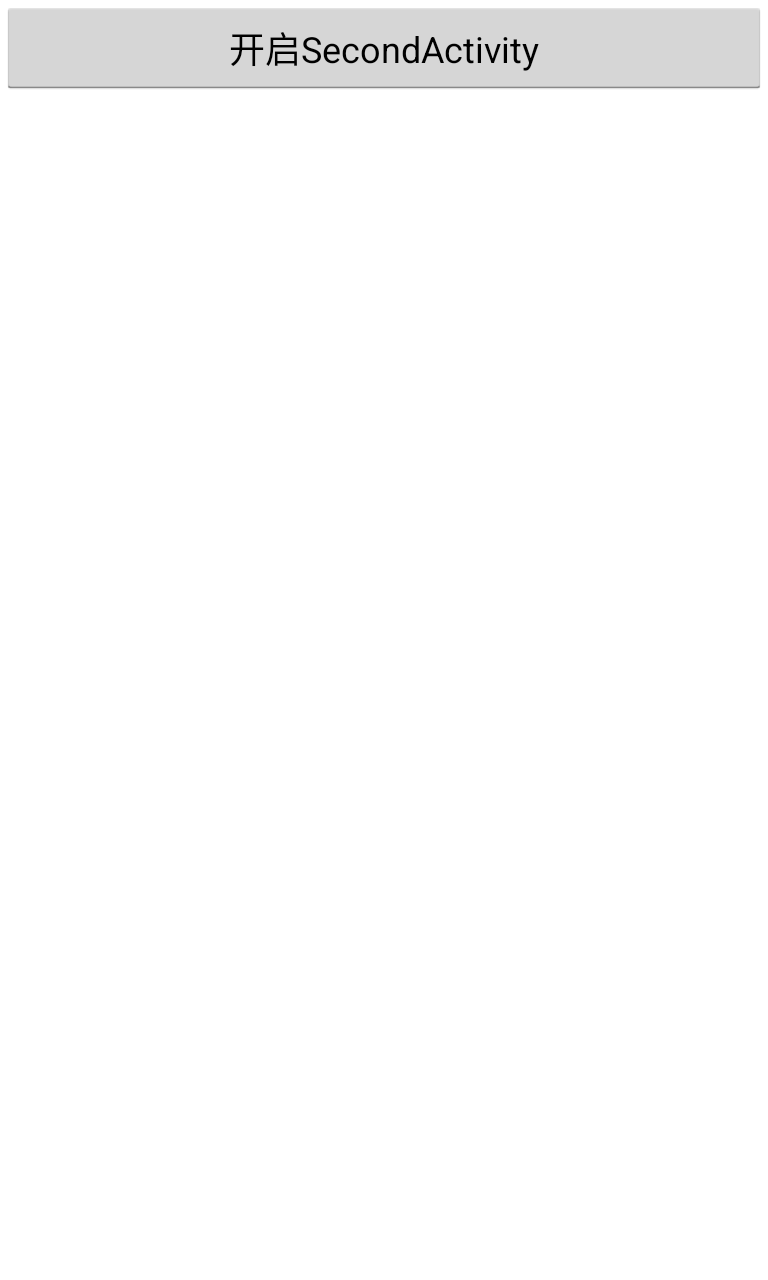
Repository: liujianpc/AndroidStudy
Layout: AcitivityLifeCycleTest/res/layout/activity_main.xml
These files come from the project's save history. The layout is drawn as it stood at one moment and after the next save; the edit follows.
It is drawn on a 768 x 1280 px phone screen (xhdpi) without system bars, with theme AppTheme; the app's code is not run.

Above is the layout before, as saved 2016-07-10 12:22:39.

### AcitivityLifeCycleTest/res/layout/activity_main.xml
<?xml version="1.0" encoding="utf-8"?>
<LinearLayout xmlns:android="http://schemas.android.com/apk/res/android"
    android:layout_width="match_parent"
    android:layout_height="match_parent"
    android:orientation="vertical" >

	<Button
	    android:id="@+id/button_1"
	    android:layout_width="match_parent"
	    android:layout_height="wrap_content"
	    android:text="@string/Button_1"
	    />

</LinearLayout>

### AcitivityLifeCycleTest/res/values/strings.xml
<?xml version="1.0" encoding="utf-8"?>
<resources>

    <string name="app_name">AcitivityLifeCycleTest</string>
    <string name="hello_world">Hello world!</string>
    <string name="action_settings">Settings</string>
    <string name="Button_1">开启SecondActivity</string>
    <string name="title_activity_second">SecondActivity</string>
    <string name="title_activity_third">ThirdActivity</string>

</resources>

Loaded but not shown: AcitivityLifeCycleTest/res/values/styles.xml (common file); AcitivityLifeCycleTest/res/values-v11/styles.xml (common file); AcitivityLifeCycleTest/res/values-v14/styles.xml (common file)

After the next save:
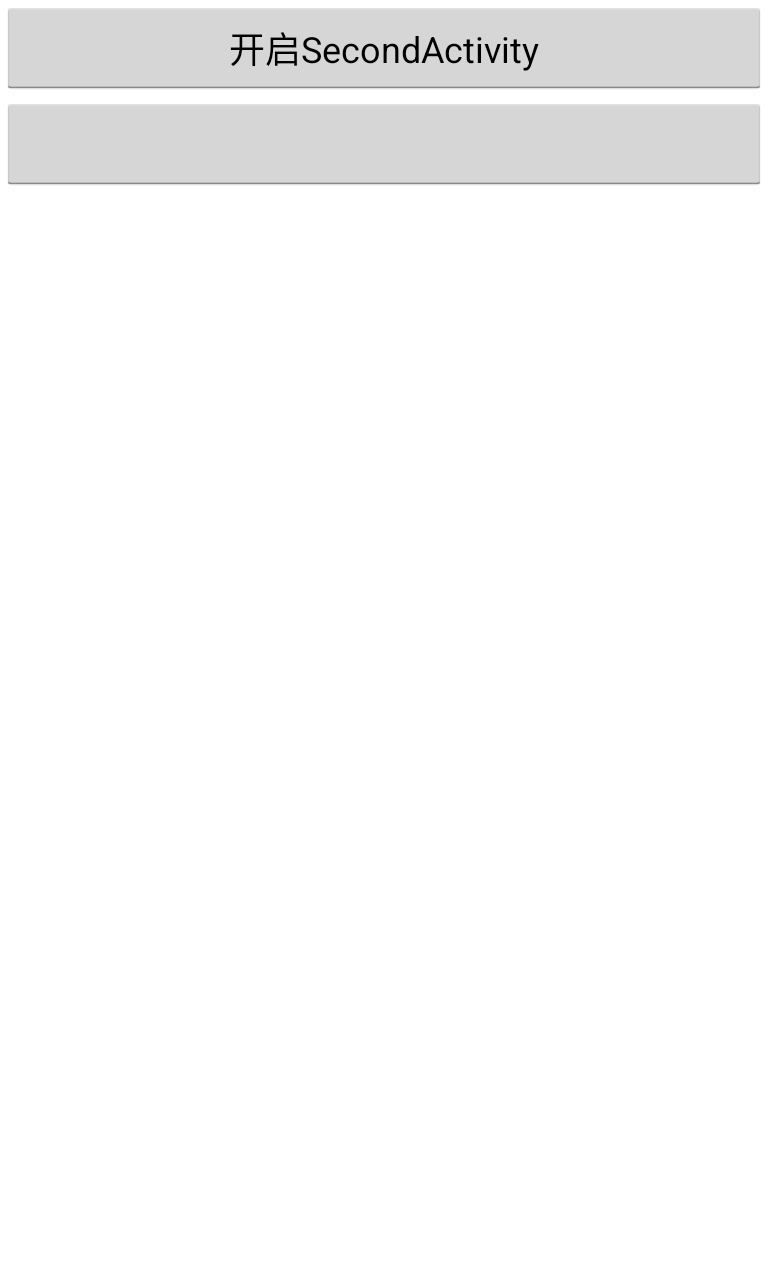
Saved 93 s later.
--- a/AcitivityLifeCycleTest/res/layout/activity_main.xml
+++ b/AcitivityLifeCycleTest/res/layout/activity_main.xml
@@ -10,5 +10,11 @@
 	    android:layout_height="wrap_content"
 	    android:text="@string/Button_1"
 	    />
+	<Button
+	    android:id="@+id/button_2"
+	    android:layout_width="match_parent"
+	    android:layout_height="wrap_content"
+	    android:layout_gravity="10"
+	    />
 
 </LinearLayout>
